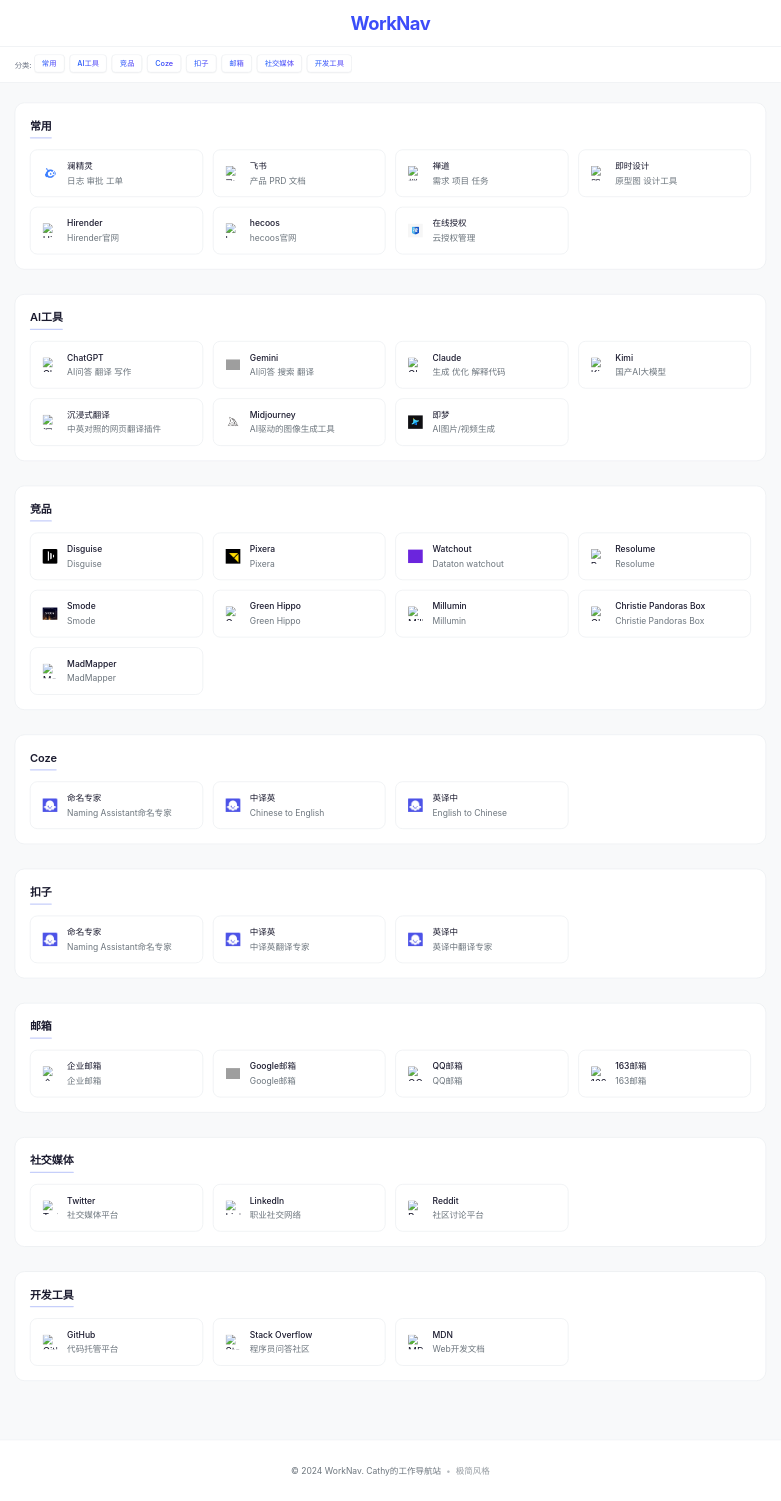
Repository: SweetPomelo0/WorkNav
Page: /
These files come from the project's save history. The page is drawn as it stood at one moment and after the next save; the edit follows.
The browser window is 1280 px wide. The pictures show the whole page, at 61% of full size.
Pictures or frames that could not be fetched are drawn as grey boxes. The project was rebuilt for these pictures with package versions that can differ from the ones it lists, and the page was loaded fresh each time. The framework's server and built-in components were replaced by stand-ins that run in the browser. Also part of the build but not shown: next.config.ts.

Above is the page before, as saved 2025-07-26 21:33:03.

After the next save:
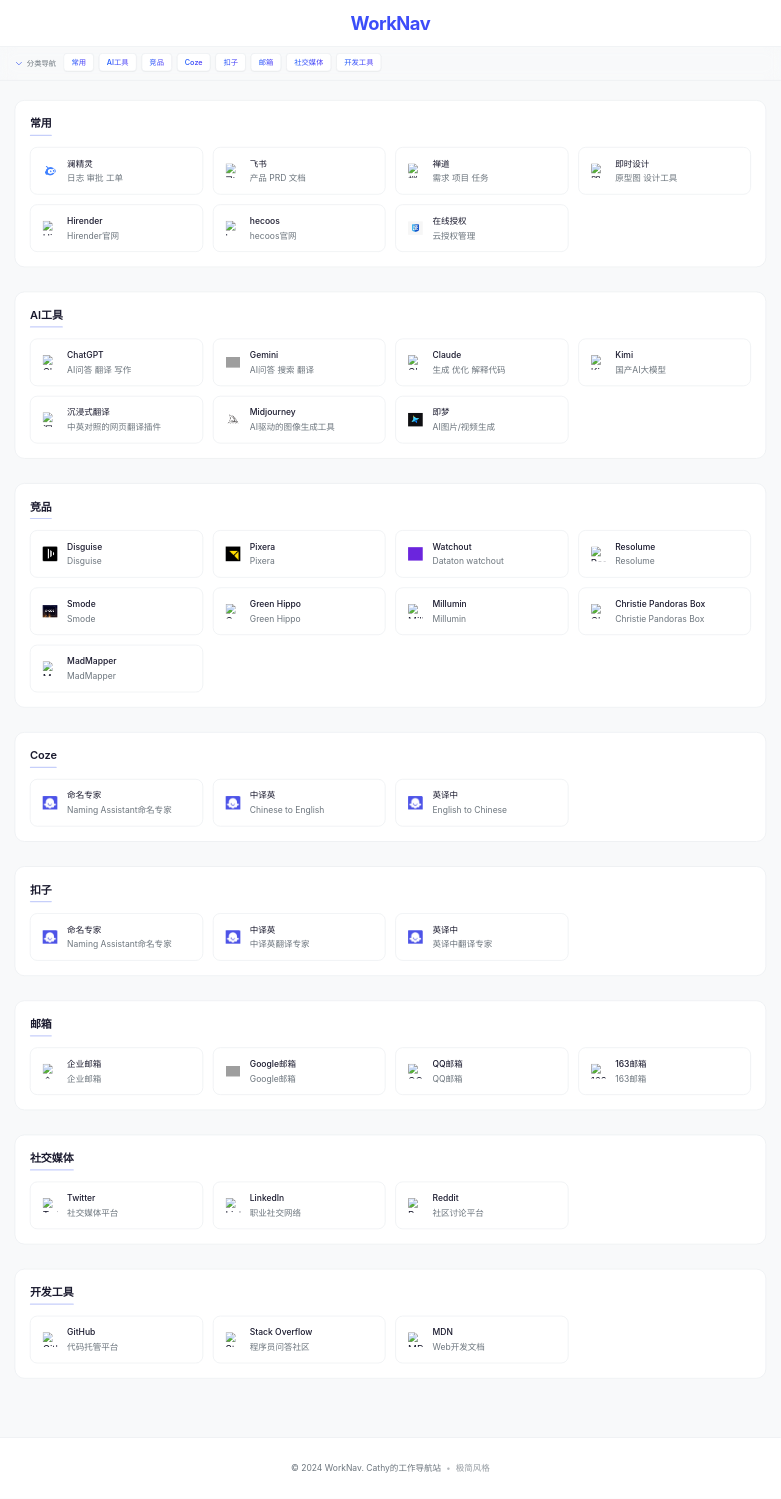
Saved 26 s later.
--- a/src/app/page.tsx
+++ b/src/app/page.tsx
@@ -97,18 +97,23 @@
       </header>
 
       {/* Category Navigation */}
-      <div className="sticky top-0 z-10" style={{ background: 'var(--header-bg)', borderBottom: '1px solid var(--card-border)', backdropFilter: 'blur(12px)' }}>
-        <div className="max-w-7xl mx-auto px-6 py-3 overflow-x-auto">
-          <div className="flex items-center space-x-3">
-            <div className="flex-shrink-0 mr-1">
-              <span className="text-xs font-medium text-gray-500 dark:text-gray-400">分类:</span>
+      <div className="sticky top-0 z-10" style={{ background: 'rgba(var(--header-bg-rgb), 0.85)', borderBottom: '1px solid var(--card-border)', backdropFilter: 'blur(12px)' }}>
+        <div className="max-w-7xl mx-auto px-6 py-2.5 overflow-x-auto">
+          <div className="flex items-center">
+            <div className="flex-shrink-0 mr-3">
+              <div className="flex items-center">
+                <svg xmlns="http://www.w3.org/2000/svg" className="h-3.5 w-3.5 mr-1.5" fill="none" viewBox="0 0 24 24" stroke="currentColor" style={{ color: 'var(--accent)' }}>
+                  <path strokeLinecap="round" strokeLinejoin="round" strokeWidth={2} d="M19 9l-7 7-7-7" />
+                </svg>
+                <span className="text-xs font-medium" style={{ color: 'var(--text-secondary)' }}>分类导航</span>
+              </div>
             </div>
-            <div className="flex space-x-2 overflow-x-auto pb-1 scrollbar-thin">
+            <div className="flex space-x-2 overflow-x-auto pb-1 scrollbar-thin flex-grow">
               {categories.map((category, index) => (
                 <a
                   key={index}
                   href={`#category-${index}`}
-                  className="text-xs font-medium whitespace-nowrap px-3 py-1.5 rounded-md transition-all duration-200 hover:scale-105 flex-shrink-0"
+                  className="text-xs font-medium whitespace-nowrap px-3 py-1.5 rounded-md transition-all duration-200 hover:scale-105 hover:shadow-md flex-shrink-0"
                   style={{
                     background: 'var(--card-bg)',
                     border: '1px solid var(--card-border)',
